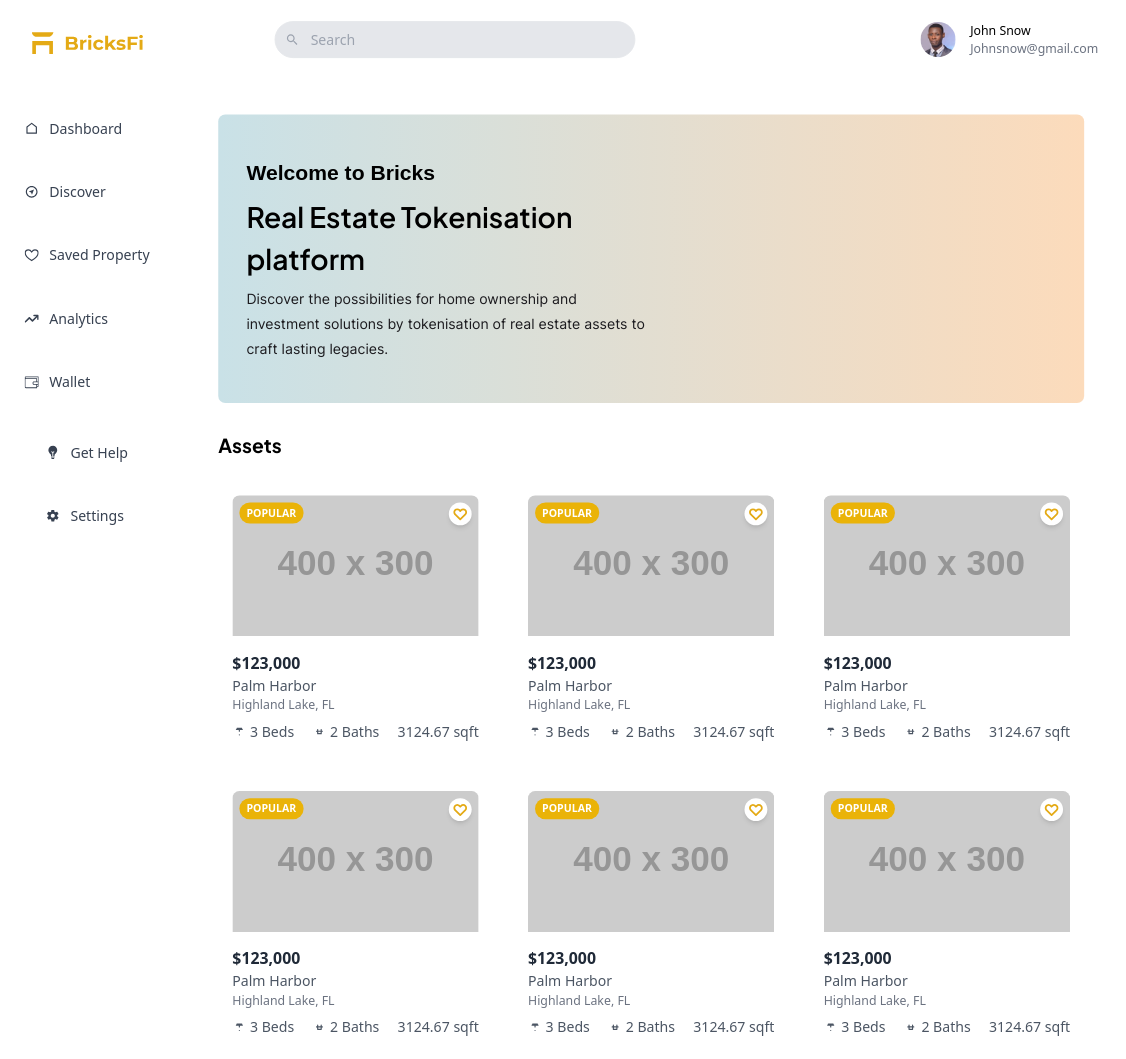
Repository: AyomideAkintade/BricksFi-Frontend
Page: /dashboard/discover (app in client/)
The author's editor kept a copy of each file at every save. The page is drawn from the files as they stood at one save, then again after the next save.
The browser window is 1280 px wide. The pictures show the whole page, at 88% of full size.
The page's requests for data from a server got no answer. The project was rebuilt for these pictures with package versions that can differ from the ones it lists, and the page was loaded fresh each time. No one was signed in, and anything a server would have sent is missing. Also part of the build but not shown: client/src/components/navbar.jsx, client/src/components/home.jsx, client/src/components/homeSecond.jsx, client/src/components/homeThird.jsx, client/src/components/homeFifth.jsx, client/src/components/homeSixth.jsx, client/src/components/homeSeventh.jsx, client/src/api/base.js and 16 more.

Above is the page before, as saved 2024-10-04 23:46:37.

After the next save:
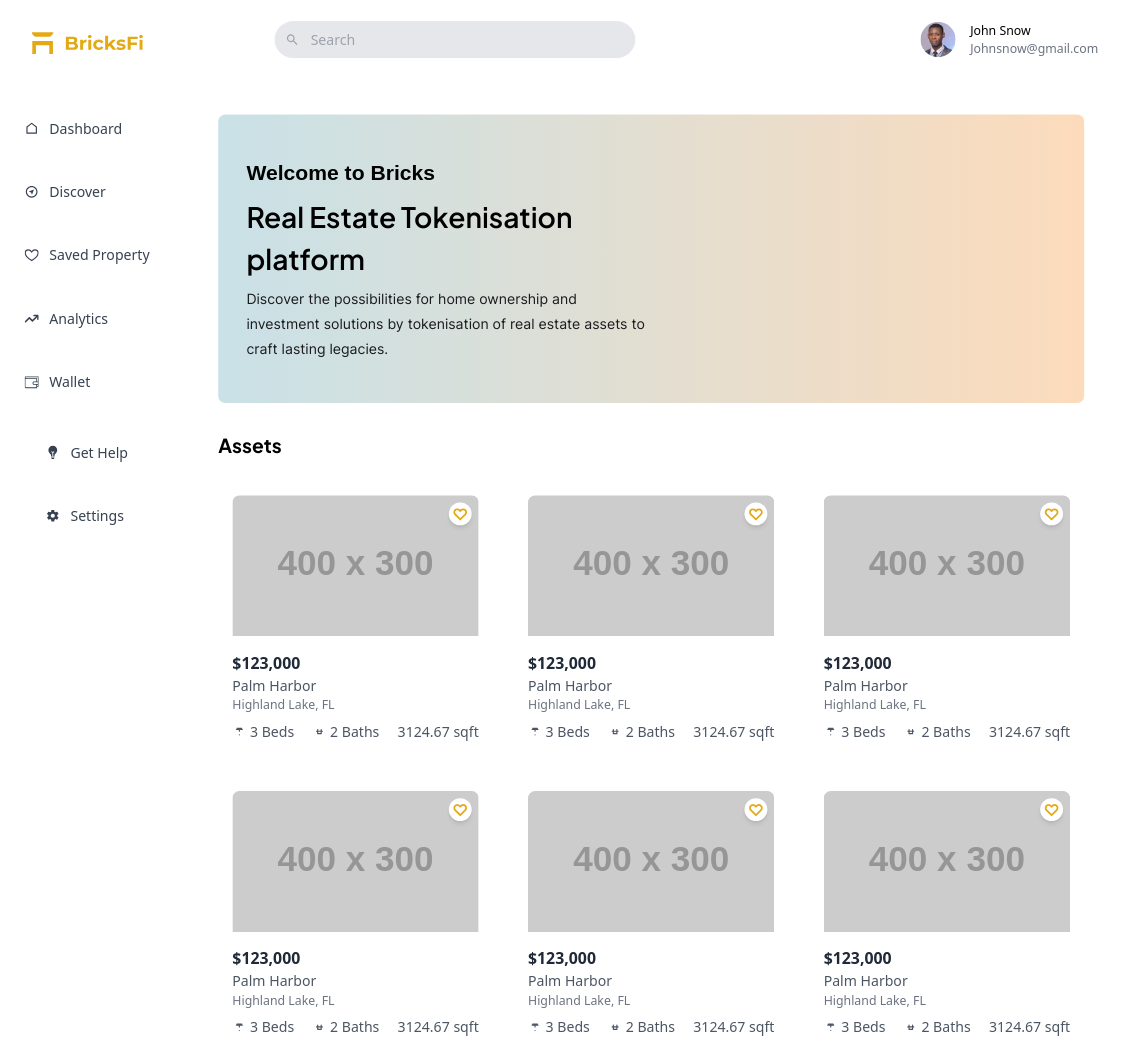
Saved 44 s later.
--- a/client/src/components/discover.jsx
+++ b/client/src/components/discover.jsx
@@ -111,11 +111,6 @@ const Discover = () => {
                   alt={property.name}
                   className="w-full h-40 object-cover rounded-t-lg"
                 />
-                {property.popular && (
-                  <div className="absolute top-2 left-2 bg-yellow-500 text-white text-xs font-semibold px-2 py-1 rounded-full">
-                    POPULAR
-                  </div>
-                )}
                 <button className="absolute top-2 right-2 bg-white p-1 rounded-full shadow-md">
                 <svg width="18" height="18" viewBox="0 0 18 18" fill="none" xmlns="http://www.w3.org/2000/svg">
                 <path d="M3.23853 4.7385C2.92513 5.0519 2.67652 5.42396 2.50691 5.83343C2.3373 6.24291 2.25 6.68178 2.25 7.125C2.25 7.56821 2.3373 8.00709 2.50691 8.41656C2.67652 8.82604 2.92513 9.1981 3.23853 9.5115L9.00003 15.273L14.7615 9.5115C15.3945 8.87856 15.75 8.02011 15.75 7.125C15.75 6.22989 15.3945 5.37144 14.7615 4.7385C14.1286 4.10556 13.2701 3.74998 12.375 3.74998C11.4799 3.74998 10.6215 4.10556 9.98853 4.7385L9.00003 5.727L8.01153 4.7385C7.69813 4.4251 7.32607 4.17649 6.9166 4.00688C6.50712 3.83727 6.06824 3.74997 5.62503 3.74997C5.18181 3.74997 4.74294 3.83727 4.33346 4.00688C3.92399 4.17649 3.55193 4.4251 3.23853 4.7385V4.7385Z" stroke="#E4AA15" stroke-width="2" stroke-linecap="round" stroke-linejoin="round"/>
